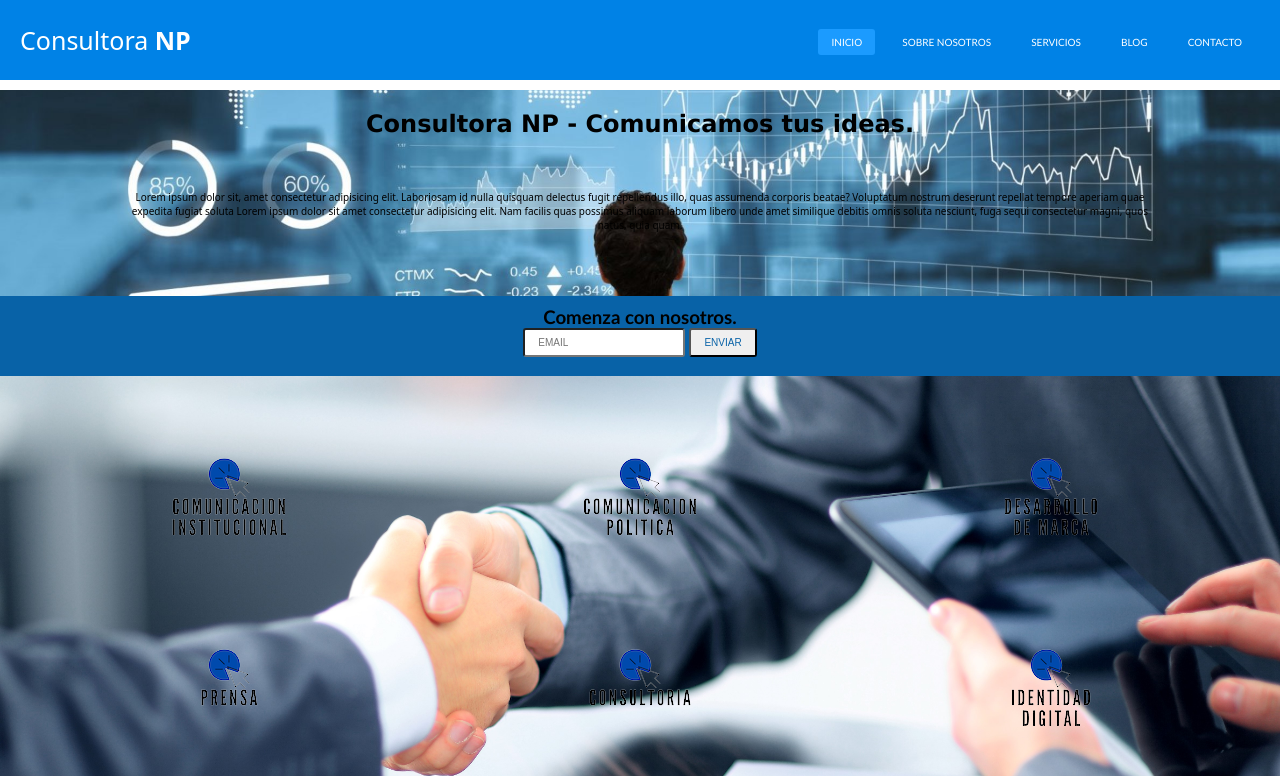
Repository: Batu120/pre-entrega2
Page: index.html
These files come from the project's save history. The page is drawn as it stood at one moment and after the next save; the edit follows.
The browser window is 1280 px wide. The pictures show the whole page.

Above is the page before, as saved 2022-11-02 14:25:20.

After the next save:
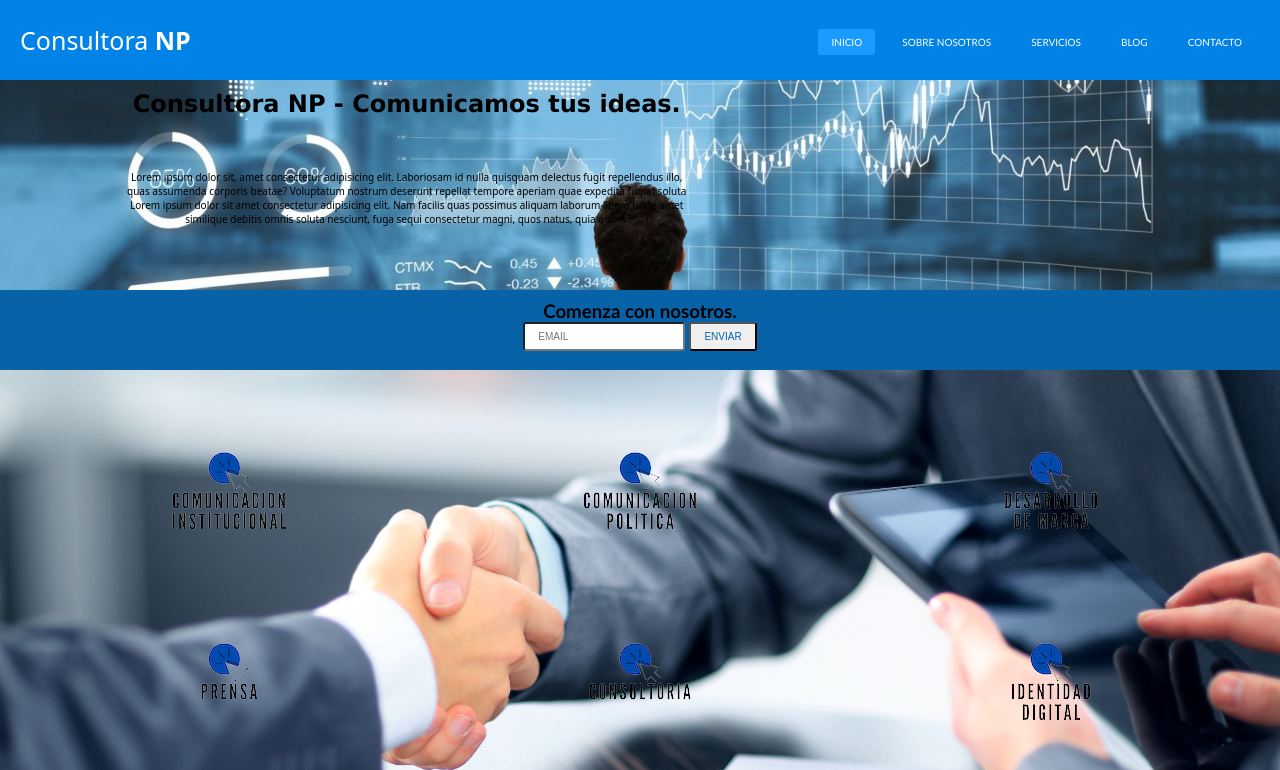
Saved 18 s later.
--- a/CSS/style.css
+++ b/CSS/style.css
@@ -131,8 +131,8 @@ a.active,a:hover{
         display: flex;
         flex-direction: column;
         text-align: center;
-        padding-top: 10px;
-        margin-top: 10px;
+        /* padding-top: 10px;
+        margin-top: 10px; */
         font-family: system-ui, -apple-system, BlinkMacSystemFont, 'Segoe UI', Roboto, Oxygen, Ubuntu, Cantarell, 'Open Sans', 'Helvetica Neue', sans-serif;
     }
     /* TITLE TEXT */
